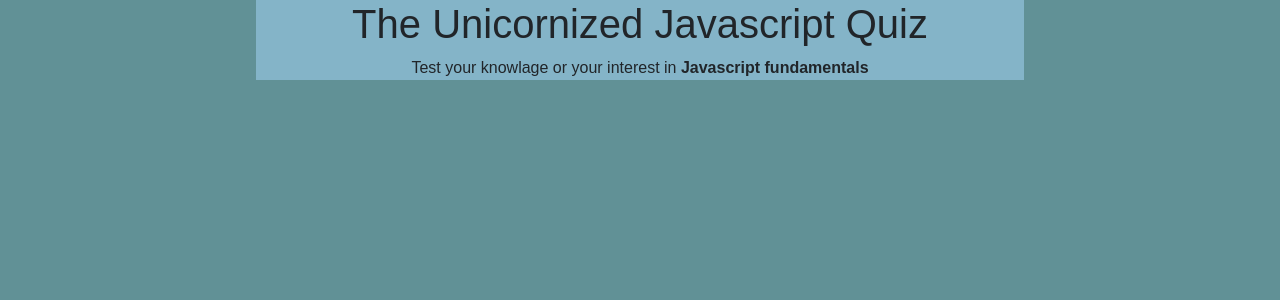
Repository: CharlotteAneriksson/donutQuiz
Page: index.html
The author's editor kept a record of every edit. The page is drawn from the files as they stood at one moment, then again after the next edit.
The browser window is 1280 px wide. The pictures show the whole page.

Above is the page before.

After the next edit:
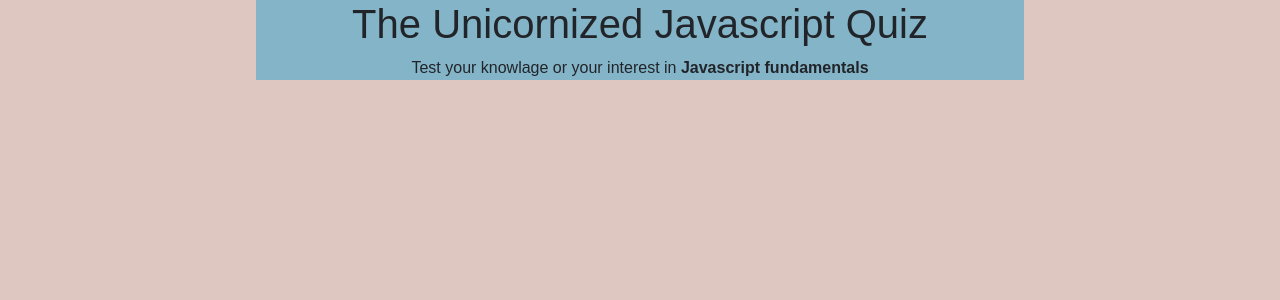
The edit:
--- a/css/style.css
+++ b/css/style.css
@@ -2,7 +2,7 @@
     margin: 0;
     padding: 0;
     width:100%;
-    background-color:#619196;
+    background-color:#dfc7c1;
     font-family: 'Roboto Mono', sans-serif ;
 }
 
